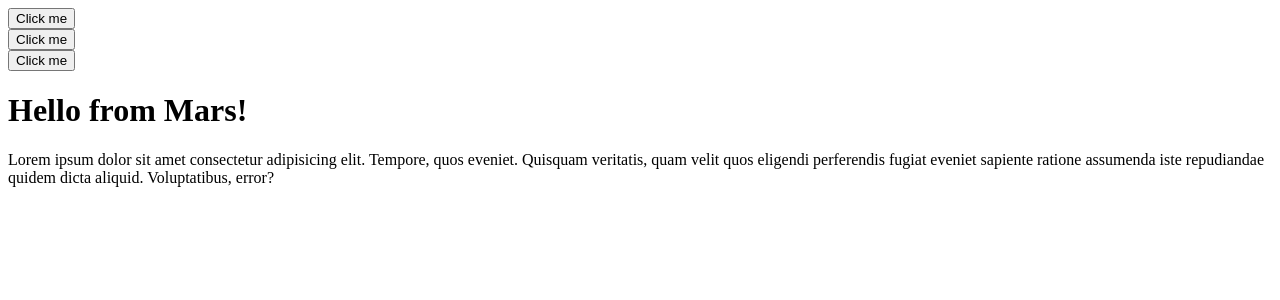
Repository: imokha01/DOM
Page: index.html
An editor plug-in stored every save of this project. The page is shown before and after the next save, followed by the edit.
The browser window is 1280 px wide. The pictures show the whole page.

Above is the page before, as saved 2023-12-18 11:58:01.
Console error: TypeError: Cannot set properties of undefined (setting 'background')

After the next save:
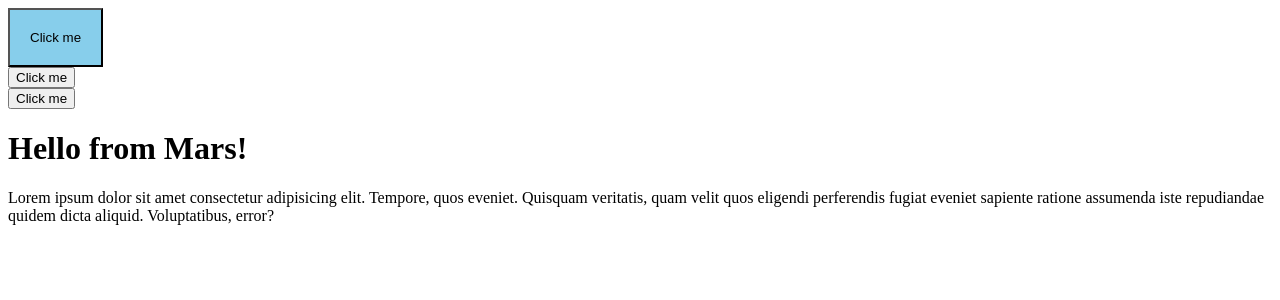
The error is gone.
Saved 58 s later.
--- a/index.js
+++ b/index.js
@@ -1,5 +1,5 @@
-const button = document.getElementsByTagName("button")
+const button = document.getElementsByTagName("button")[0]
 console.log(button)
 
-button.style.background = "blue";
-button.style.padding = "20px"
+button.style.background = "skyblue"
+button.style.padding = "20px";
